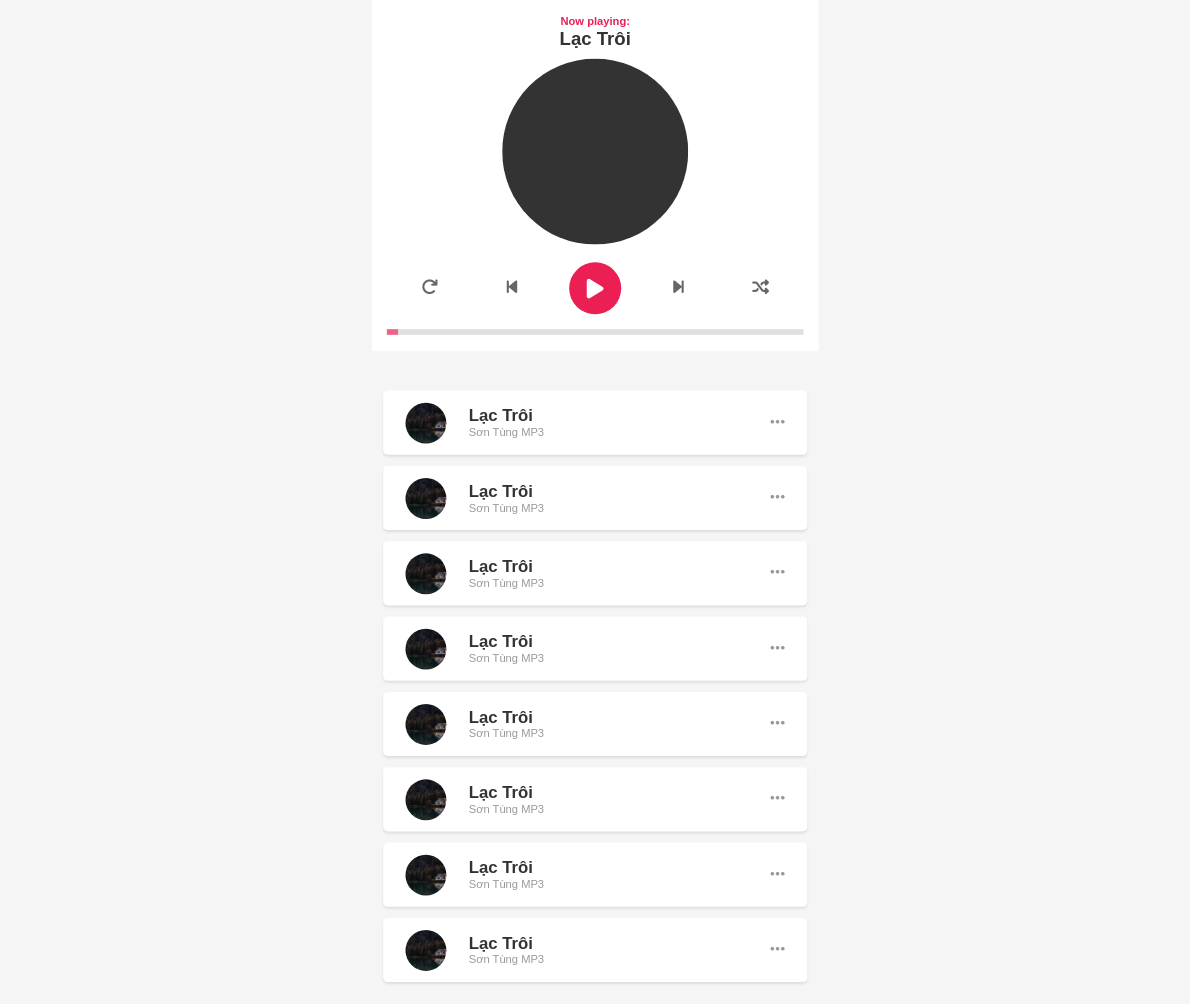
Repository: projectadmim/MyApp
Page: main.html
These files come from the project's save history. The page is drawn as it stood at one moment and after a run of saves; the edit follows.
The browser window is 1280 px wide. The pictures show the whole page, at 93% of full size.

Above is the page before, as saved 2023-10-11 20:27:22.

### main.html
<!DOCTYPE html>
<html lang="en">
<head>
    <meta charset="UTF-8">
    <meta name="viewport" content="width=device-width, initial-scale=1.0">
    <title>Zing_MP3</title>
    <link rel="stylesheet" href="./assets/css/style.css">
    <link rel="stylesheet" href="./assets/icon/fontawesome-free-6.4.2/css/all.css">
</head>
<body>
  <div class="player">
    <!-- Dashboard -->
    <div class="dashboard">
      <!-- Header -->
      <header>
        <h4>Now playing:</h4>
        <h2>String 57th & 9th</h2>
      </header>

      <!-- CD -->
      <div class="cd">
        <div class="cd-thumb" style="background-image: url('./assets/img/cd/cd.jpg');">

        </div>
      </div>

      <!-- Control -->
      <div class="control">
        <div class="btn btn-repeat">
          <i class="fas fa-redo"></i>
        </div>
        <div class="btn btn-prev">
          <i class="fas fa-step-backward"></i>
        </div>
        <div class="btn btn-toggle-play">
          <i class="fas fa-pause icon-pause"></i>
          <i class="fas fa-play icon-play"></i>
        </div>
        <div class="btn btn-next">
          <i class="fas fa-step-forward"></i>
        </div>
        <div class="btn btn-random">
          <i class="fas fa-random"></i>
        </div>
      </div>

      <input id="progress" class="progress" type="range" value="0" step="1" min="0" max="100">

      <audio id="audio" src=""></audio>
    </div>

    <!-- Playlist -->
    <div class="playlist">
    </div>
  </div>
    <script src="./text.js"></script>
</body>
</html>

### assets/css/style.css
:root {
  --primary-color: #ec1f55;
  --text-color: #333;
}

* {
  padding: 0;
  margin: 0;
  box-sizing: inherit;
}

body {
  background-color: #f5f5f5;
}

html {
  box-sizing: border-box;
  font-family: "Poppins", sans-serif;
}

.player {
  position: relative;
  max-width: 480px;
  margin: 0 auto;
}

.player .icon-pause {
  display: none;
}

.player.playing .icon-pause {
  display: inline-block;
}

.player.playing .icon-play {
  display: none;
}

.dashboard {
  padding: 16px 16px 14px;
  background-color: #fff;
  position: fixed;
  top: 0;
  width: 100%;
  max-width: 480px;
  border-bottom: 1px solid #ebebeb;
}

/* HEADER */
header {
  text-align: center;
  margin-bottom: 10px;
}

header h4 {
  color: var(--primary-color);
  font-size: 12px;
}

header h2 {
  color: var(--text-color);
  font-size: 20px;
}

/* CD */
.cd {
  display: flex;
  margin: auto;
  width: 200px;
}

.cd-thumb {
  width: 100%;
  padding-top: 100%;
  border-radius: 50%;
  background-color: #333;
  background-size: cover;
  margin: auto;
}

/* CONTROL */
.control {
  display: flex;
  align-items: center;
  justify-content: space-around;
  padding: 18px 0 8px 0;
}

.control .btn {
  color: #666;
  padding: 18px;
  font-size: 18px;
}

.control .btn.active {
  color: var(--primary-color);
}

.control .btn-toggle-play {
  width: 56px;
  height: 56px;
  border-radius: 50%;
  font-size: 24px;
  color: #fff;
  display: flex;
  align-items: center;
  justify-content: center;
  background-color: var(--primary-color);
}

.progress {
  width: 100%;
  -webkit-appearance: none;
  height: 6px;
  background: #d3d3d3;
  outline: none;
  opacity: 0.7;
  -webkit-transition: 0.2s;
  transition: opacity 0.2s;
}

.progress::-webkit-slider-thumb {
  -webkit-appearance: none;
  appearance: none;
  width: 12px;
  height: 6px;
  background-color: var(--primary-color);
  cursor: pointer;
}

/* PLAYLIST */
.playlist {
  margin-top: 408px;
  padding: 12px;
}

.song {
  display: flex;
  align-items: center;
  margin-bottom: 12px;
  background-color: #fff;
  padding: 8px 16px;
  border-radius: 5px;
  box-shadow: 0 2px 3px rgba(0, 0, 0, 0.1);
}

.song.active {
  background-color: var(--primary-color);
}

.song:active {
  opacity: 0.8;
}

.song.active .option,
.song.active .author,
.song.active .title {
  color: #fff;
}

.song .thumb {
  width: 44px;
  height: 44px;
  border-radius: 50%;
  background-size: cover;
  margin: 0 8px;
}

.song .body {
  flex: 1;
  padding: 0 16px;
}

.song .title {
  font-size: 18px;
  color: var(--text-color);
}

.song .author {
  font-size: 12px;
  color: #999;
}

.song .option {
  padding: 16px 8px;
  color: #999;
  font-size: 18px;
}

### text.js
const $=document.querySelector.bind(document);
const $$=document.querySelectorAll.bind(document);
const playlist=$(".playlist");
const app={
  currenindex:0,
     songs :[
        {
            name:"Lạc Trôi",
            singger:"Sơn Tùng MP3",
            path:"./assets/music/song1-Anh.mp3",
            image:'./assets/img/backimg.jpg'
        },
        {
            name:"Lạc Trôi",
            singger:"Sơn Tùng MP3",
            path:"./assets/music/song1-Anh.mp3",
            image:'./assets/img/backimg.jpg'
        },
        {
            name:"Lạc Trôi",
            singger:"Sơn Tùng MP3",
            path:"./assets/music/song1-Anh.mp3",
            image:'./assets/img/backimg.jpg'
        },
        {
          name:"Lạc Trôi",
          singger:"Sơn Tùng MP3",
          path:"./assets/music/song1-Anh.mp3",
          image:'./assets/img/backimg.jpg'
      },
      {
        name:"Lạc Trôi",
        singger:"Sơn Tùng MP3",
        path:"./assets/music/song1-Anh.mp3",
        image:'./assets/img/backimg.jpg'
    }
    ,
      {
        name:"Lạc Trôi",
        singger:"Sơn Tùng MP3",
        path:"./assets/music/song1-Anh.mp3",
        image:'./assets/img/backimg.jpg'
    }
    ,
      {
        name:"Lạc Trôi",
        singger:"Sơn Tùng MP3",
        path:"./assets/music/song1-Anh.mp3",
        image:'./assets/img/backimg.jpg'
    },
    {
      name:"Lạc Trôi",
      singger:"Sơn Tùng MP3",
      path:"./assets/music/song1-Anh.mp3",
      image:'./assets/img/backimg.jpg'
  }
     ],
     //render song
     render:function(){
        const htmls=this.songs.map(function(song){
            return `
            <div class="song">
              <div class="thumb" style="background-image: url('${song.image}')">
              </div>
              <div class="body">
                <h3 class="title">${song.name}</h3>
                <p class="author">${song.singger}</p>
              </div>
              <div class="option">
                <i class="fas fa-ellipsis-h"></i>
              </div>
            </div>
            `
        })
        // $('.playlist').innerHTML=htmls.join('');
        playlist.innerHTML=htmls.join('');
     },
     defineProperty:function(){
      Object.defineProperty(this,'crrentSongs',{
        get:function(){
          return this.songs[this.currenindex]
        }
      })
     },

     //xử lí sự kiện trong app zing
     handleEvent:function(){
      //scroll
      const cd=$('.cd')
      const cdWidth = cd.offsetWidth;
      document.onscroll = function () {
        const scrollTop = window.scrollY || document.documentElement.scrollTop;
        const newCdWidth = cdWidth - scrollTop;

        cd.style.width = newCdWidth > 0 ? newCdWidth + "px" : 0;
        cd.style.opacity = newCdWidth / cdWidth;
     }},
     loadcrrentSongs:function(){
      const heading=$('header h2');
      const cdthumb=$('.cd-thumb');
      const audio=$('#audio');
      console.log(heading,cdthumb,audio);
      heading.textContent=this.crrentSongs.name;
      cdthumb.style.backgroundImage=`url('')`
     },
     stars:function(){
      //định nghĩa  các thuộc tihs trong oject
      this.defineProperty()
      //dom event
      this.handleEvent();
      //load bai dau tien
      this.loadcrrentSongs()
      //render playlist
        this.render();
     }
}
app.stars();

Loaded but not shown: assets/icon/fontawesome-free-6.4.2/css/all.css (library)

After the next 2 saves:
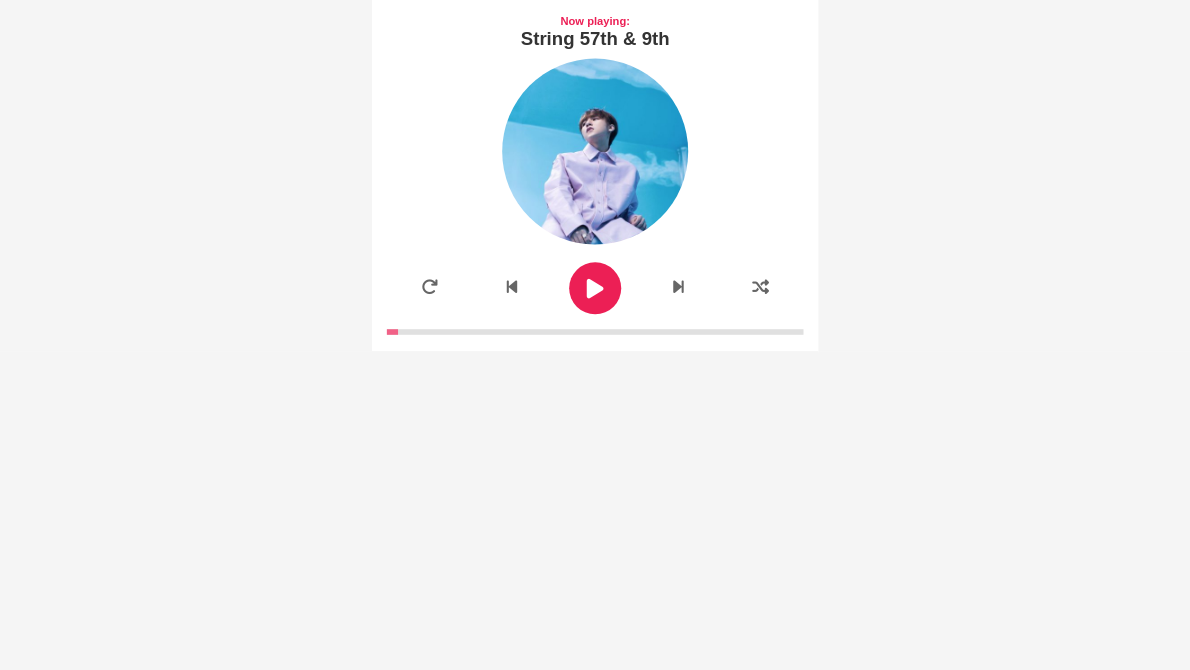
Console error: SyntaxError: Unexpected token '}'
The 2 saves are shown as one change because they came seconds apart.
The last was saved 11 s later.
--- a/text.js
+++ b/text.js
@@ -101,7 +101,7 @@ const app={
       const audio=$('#audio');
       console.log(heading,cdthumb,audio);
       heading.textContent=this.crrentSongs.name;
-      cdthumb.style.backgroundImage=`url('')`
+      cdthumb.style.backgroundImage=`url('${}')`
      },
      stars:function(){
       //định nghĩa  các thuộc tihs trong oject
